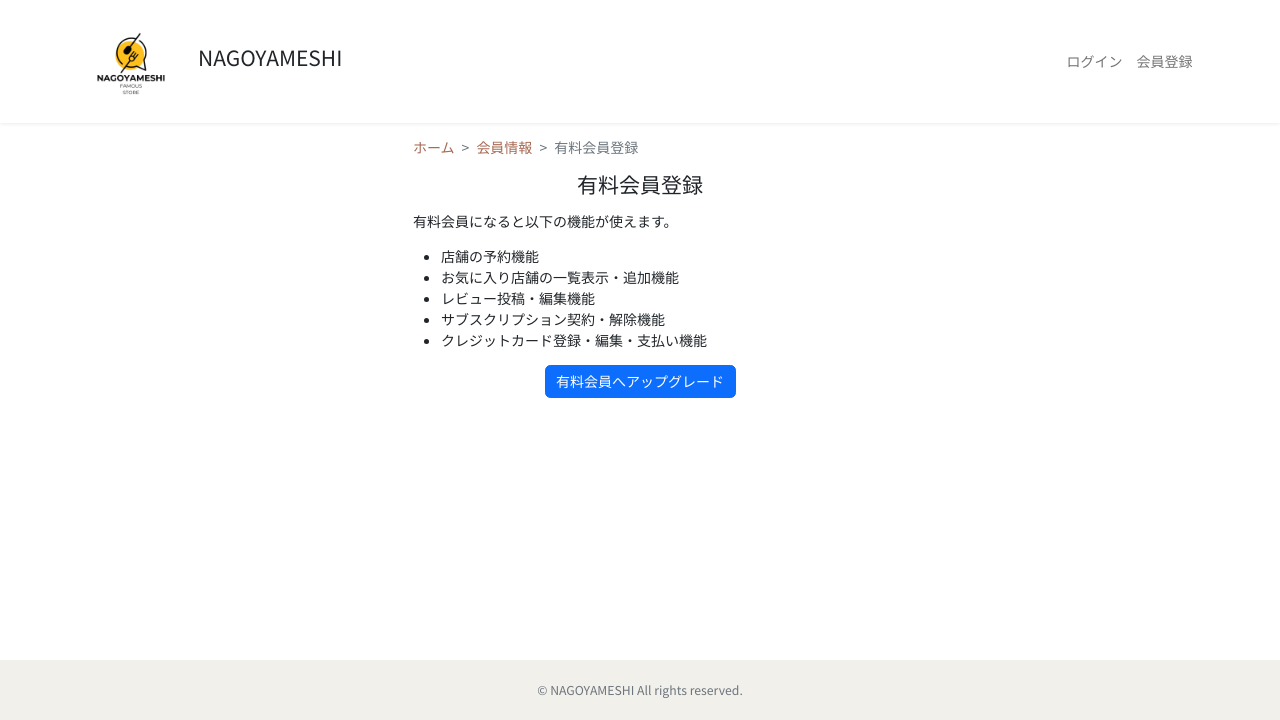
Repository: yamagen0829/taberogu-question
Page: http://localhost/user/paid
An editor plug-in stored every save of this project. The page is shown before and after the next save, followed by the edit.
The browser window is 1280 px wide. The pictures show the whole page.
The page is this project's Thymeleaf template; nobody is signed in. The template is opened directly, without the code that normally fills it, so the values that code supplies are empty.

Above is the page before, as saved 2024-07-27 05:55:46.

### kadai_002/nagoyameshi/src/main/resources/templates/user/paid.html
<!DOCTYPE html>
 <html xmlns:th="https://www.thymeleaf.org" xmlns:sec="http://www.thymeleaf.org/extras/spring-security">
     <head>
         <div th:replace="~{fragment :: meta}"></div>

         <div th:replace="~{fragment :: styles}"></div>

         <title>有料会員登録</title>
     </head>
     <body>
         <div class="nagoyameshi-wrapper">
             <!-- ヘッダー -->
             <div th:replace="~{fragment :: header}"></div>

             <main>
                 <div class="container pb-5 nagoyameshi-container">
                     <div class="row justify-content-center">
                         <div class="col-xl-5 col-lg-6 col-md-8">
                             <nav class="my-3" style="--bs-breadcrumb-divider: '>';" aria-label="breadcrumb">
                                 <ol class="breadcrumb mb-0">
                                     <li class="breadcrumb-item"><a th:href="@{/}">ホーム</a></li>
                                     <li class="breadcrumb-item"><a th:href="@{/user}">会員情報</a></li>
                                     <li class="breadcrumb-item active" aria-current="page">有料会員登録</li>
                                 </ol>
                             </nav>

                             <h1 class="mb-3 text-center">有料会員登録</h1>

                             <div th:if="${successMessage}" class="alert alert-info">
                                 <span th:text="${successMessage}"></span>
                             </div>

                             <p> 有料会員になると以下の機能が使えます。</p>
                             <ul>
								 <li>店舗の予約機能</li>
								 <li>お気に入り店舗の一覧表示・追加機能</li>
								 <li>レビュー投稿・編集機能</li>
								 <li>サブスクリプション契約・解除機能</li>
								 <li>クレジットカード登録・編集・支払い機能</li>
							 </ul>

                             <form th:action="@{/user/paid}" method="post" class="text-center">
                                 <input type="hidden" name="userId" th:value="${user.id}"/>
                                 <button type="submit" class="btn btn-primary">有料会員へアップグレード</button>
                             </form>
                         </div>
                     </div>
                 </div>
             </main>

             <!-- フッター -->
             <div th:replace="~{fragment :: footer}"></div>
         </div>

         <div th:replace="~{fragment :: scripts}"></div>
   </body>
 </html>

### kadai_002/nagoyameshi/src/main/resources/templates/fragment.html
<!DOCTYPE html>
 <html xmlns:th="https://www.thymeleaf.org" xmls:sec="https://www.thymeleaf.org/extras/spring-security">
     <head>
         <!-- meta要素の部品化 -->
         <div th:fragment="meta" th:remove="tag">
             <meta charset="UTF-8">
             <meta name="viewport" content="width=device-width, initial-scale=1">
         </div>

         <!-- link要素の部品化 -->
         <div th:fragment="styles" th:remove="tag">
             <!-- Bootstrap -->
             <link href="https://cdn.jsdelivr.net/npm/bootstrap@5.2.3/dist/css/bootstrap.min.css" rel="stylesheet" integrity="sha384-rbsA2VBKQhggwzxH7pPCaAqO46MgnOM80zW1RWuH61DGLwZJEdK2Kadq2F9CUG65" crossorigin="anonymous">

             <!-- Google Fonts -->
             <link rel="preconnect" href="https://fonts.googleapis.com">
             <link rel="preconnect" href="https://fonts.gstatic.com" crossorigin>
             <link href="https://fonts.googleapis.com/css2?family=Noto+Sans+JP:wght@400;500&display=swap" rel="stylesheet">

             <link th:href="@{/css/style.css}" rel="stylesheet" >
         </div>

         <title>部品化用のHTMLファイル</title>
     </head>
     <body>
         <!-- ヘッダーの部品化 -->
         <div th:fragment="header" th:remove="tag">
             <nav class="navbar navbar-expand-md navbar-light bg-white shadow-sm nagoyameshi-navbar">
                 <div class="container nagoyameshi-container">
                     <a class="navbar-brand" th:href="@{/}">
                         <img class="nagoyameshi-logo me-1" th:src="@{/images/NAGOYAMESHI.png}" alt="NAGOYAMESHI">
                     </a>
                     <h1 class="nagoyameshi-title justyfy-content-center">NAGOYAMESHI</h1>
                      <button class="navbar-toggler" type="button" data-bs-toggle="collapse" data-bs-target="#navbarSupportedContent" aria-controls="navbarSupportedContent" aria-expanded="false" aria-label="Toggle navigation">
                         <span class="navbar-toggler-icon"></span>
                     </button>

                     <div class="collapse navbar-collapse" id="navbarSupportedContent">
                         <ul class="navbar-nav ms-auto">
                             <!-- 未ログインであれば表示する -->
                             <li class="nav-item" sec:authorize="isAnonymous()">
                                 <a class="nav-link" th:href="@{/login}">ログイン</a>
                             </li>
                             <li class="nav-item" sec:authorize="isAnonymous()">
                                 <a class="nav-link" th:href="@{/signup}">会員登録</a>
                             </li>

                             <!-- ログイン済みであれば表示する -->
                             <li class="nav-item dropdown" sec:authorize="hasRole('ROLE_GENERAL')">
                                 <a id="navbarDropdownGeneral" class="nav-link dropdown-toggle" href="#" role="button" data-bs-toggle="dropdown" aria-haspopup="true" aria-expanded="false" v-pre>
                                     <span sec:authentication="principal.user.name"></span>
                                 </a>

                                 <div class="dropdown-menu dropdown-menu-end" aria-labelledby="navbarDropdownGeneral">
									 <a class="dropdown-item nagoyameshi-dropdown-item" th:href="@{/user}">会員情報</a>

                                     <div class="dropdown-divider"></div>

                                     <a class="dropdown-item nagoyameshi-dropdown-item" th:href="@{/logout}" onclick="event.preventDefault(); document.getElementById('logout-form').submit();">
                                         ログアウト
                                     </a>
                                     <form class="d-none" id="logout-form" th:action="@{/logout}" method="post"></form>
                                 </div>
                             </li>

                             <!-- 管理者であれば表示する -->
                             <li class="nav-item dropdown" sec:authorize="hasRole('ROLE_ADMIN')">
                                 <a id="navbarDropdownAdmin" class="nav-link dropdown-toggle" href="#" role="button" data-bs-toggle="dropdown" aria-haspopup="true" aria-expanded="false" v-pre>
                                     管理者メニュー
                                 </a>

                                 <div class="dropdown-menu dropdown-menu-end" aria-labelledby="navbarDropdownAdmin">
									 <a class="dropdown-item samuraitravel-dropdown-item" th:href="@{/admin/users}">会員一覧</a>
                                     <a class="dropdown-item nagoyameshi-dropdown-item" th:href="@{/admin/restaurants}">店舗一覧</a>

                                     <div class="dropdown-divider"></div>

                                     <a class="dropdown-item nagoyameshi-dropdown-item" th:href="@{/logout}" onclick="event.preventDefault(); document.getElementById('logout-form').submit();">
                                         ログアウト
                                     </a>
                                     <form class="d-none" id="logout-form" th:action="@{/logout}" method="post"></form>
                                 </div>
                             </li>
                         </ul>
                     </div>
                 </div>
             </nav>
         </div>


         <!-- フッターの部品化 -->
         <div th:fragment="footer" th:remove="tag">
             <footer>
                 <div class="d-flex justify-content-center align-items-center h-100">
                     <p class="text-center text-muted small mb-0">&copy; NAGOYAMESHI All rights reserved.</p>
                 </div>
             </footer>
         </div>

         <!-- script要素の部品化 -->
         <div th:fragment="scripts" th:remove="tag">
             <!-- Bootstrap -->
             <script src="https://cdn.jsdelivr.net/npm/bootstrap@5.2.3/dist/js/bootstrap.bundle.min.js" integrity="sha384-kenU1KFdBIe4zVF0s0G1M5b4hcpxyD9F7jL+jjXkk+Q2h455rYXK/7HAuoJl+0I4" crossorigin="anonymous"></script>
         </div>
     </body>
 </html>

### kadai_002/nagoyameshi/src/main/resources/static/css/style.css
 html {
   font-size: 14px;
 }

 body {
   font-family: 'Noto Sans JP', sans-serif;
 }

 h1 {
   font-size: 1.5rem;
 }

 h2 {
	 font-size: 1.475rem;
 }

 h3 {
	 font-size: 1.25rem;
 }

 a {
   color: #a66851;
   text-decoration: none !important;
 }

 a:hover {
     color: #a67651;
 }

 footer {
   width: 100%;
   height: 60px;
   position: absolute;
   bottom: 0;
   background-color: #f2f0eb;
 }

 .nagoyameshi-wrapper {
   min-height: 100vh;
   position: relative;
   padding-bottom: 60px;
   box-sizing: border-box;
 }

 .nagoyameshi-navbar {
   min-height: 20px;
 }

 .nagoyameshi-logo {
   height: 100px;

 }

 .nagoyameshi-btn {
   background-color: #a67951 !important;
   transition: 0.1s;
 }

 .nagoyameshi-btn:hover {
   opacity: 0.8;
 }

 .nagoyameshi-page-link {
   color: #a66851;
 }

 .nagoyameshi-btn:hover {
   color: #a67651;
 }

 .nagoyameshi-active {
   background-color: #a66851 !important;
   border-color: #a66851 !important;
 }

 .nagoyameshi-pre-wrap {
   /*改行文字で行を折り返す*/
   white-space: pre-wrap;
 }

 .nagoyameshi-link-danger {
     color: #f2594b;
 }

 .nagoyameshi-link-danger:hover {
     color: #a63c3c;
 }

 .nagoyameshi-btn-danger {
     background-color: #f2594b !important;
     transition: 0.1s;
 }

 .nagoyameshi-btn-danger:hover {
   opacity: 0.8;
 }

 .nagoyameshi-dropdown-item:active {
	 background-color: #a66851;
 }

 .nagoyameshi-card-link {
   transition: 0.3s;
 }

 .nagoyameshi-card-link:hover {
   opacity: 0.7;
 }

 .nagoyameshi-horizontal-card-image {
   width: 100%;
   height: 240px;
   object-fit: cover;
 }

 .nagoyameshi-sort-box {
   width: 150px;
 }

 .nagoyameshi-vertical-card-image {
   width: 100%;
   height: 150px;
   object-fit: cover;
 }

 .nagoyameshi-search-form {
     max-width: 300px;
 }

 .review-item {
	border: 1px solid #dee2e6;
    padding: 15px;
    margin: 10px 0;
 }

 .star-rating {
   font-size: 1.5rem;
   color: #ffd700;
 }
 .review-item {
        position: relative; /* 削除と編集ボタンを絶対配置するための基準 */
        border: 1px solid #ddd;
        padding: 15px;
        margin-bottom: 10px;
        display: flex;
        flex-direction: column;
    }

    .review-details {
        flex: 1;
    }

    .review-actions {
        position: absolute;
        top: 15px;
        right: 15px;
        display: flex;
        flex-direction: column;
        align-items: flex-end;
    }

    .review-actions a, .review-actions button {
        margin-bottom: 5px;
    }

    .heart-mark {
		color: #f2594b;
	}


 @media screen and (min-width: 1400px) {
   .nagoyameshi-container {
     max-width: 1200px;
   }
 }

After the next save:
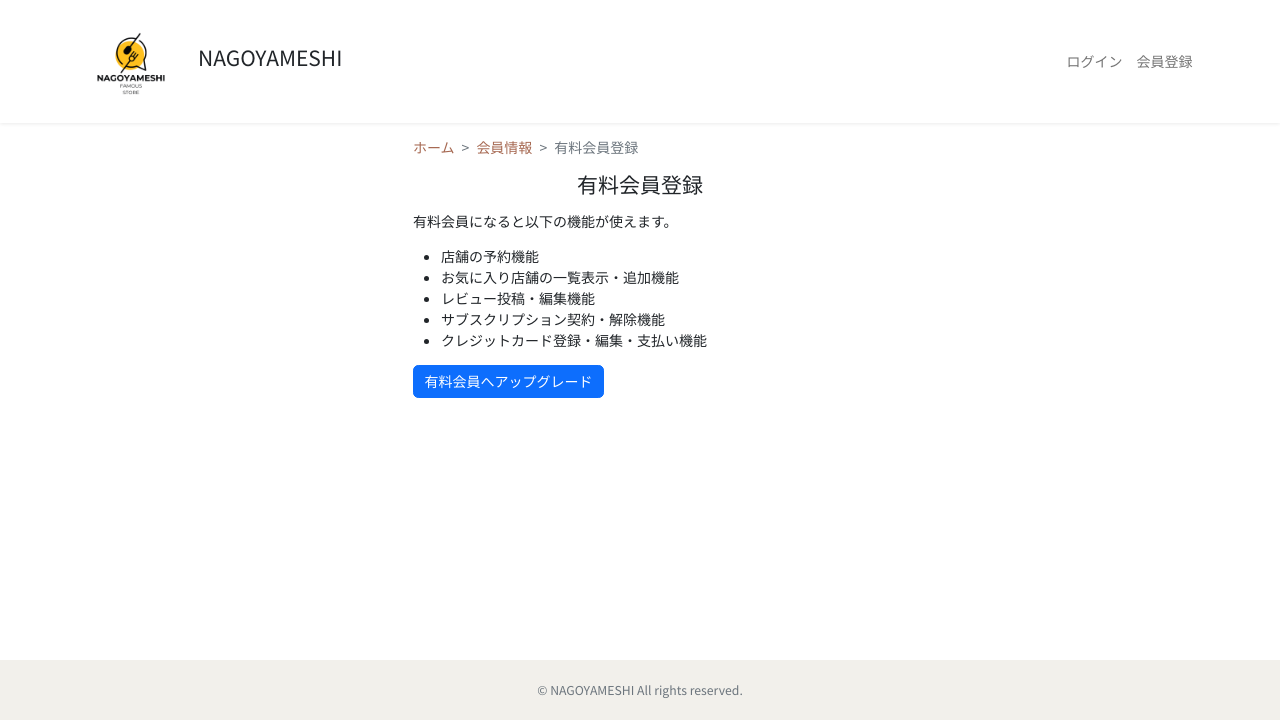
Saved 97 s later.
--- a/kadai_002/nagoyameshi/src/main/resources/templates/user/paid.html
+++ b/kadai_002/nagoyameshi/src/main/resources/templates/user/paid.html
@@ -39,7 +39,7 @@
 								 <li>クレジットカード登録・編集・支払い機能</li>
 							 </ul>
 
-                             <form th:action="@{/user/paid}" method="post" class="text-center">
+                             <form th:action="@{/user/paid}" method="post">
                                  <input type="hidden" name="userId" th:value="${user.id}"/>
                                  <button type="submit" class="btn btn-primary">有料会員へアップグレード</button>
                              </form>
